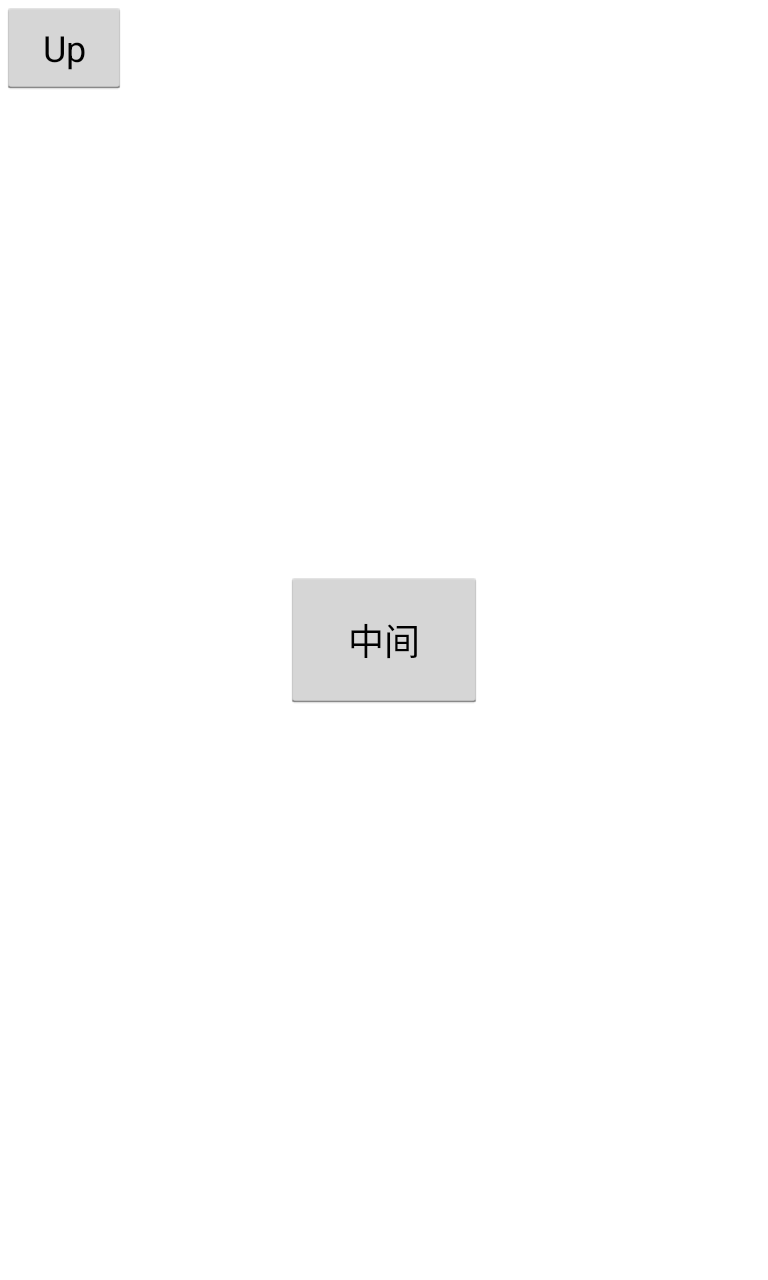
Repository: IvyZh/hm66
Layout: 黑马项目/res/layout/activity_relativelayout.xml
These files come from the project's save history. The layout is drawn as it stood at one moment and after the next save; the edit follows.
It is drawn on a 768 x 1280 px phone screen (xhdpi) without system bars, with theme AppTheme; the app's code is not run.

Above is the layout before, as saved 2016-05-17 17:14:37.

After the next save:
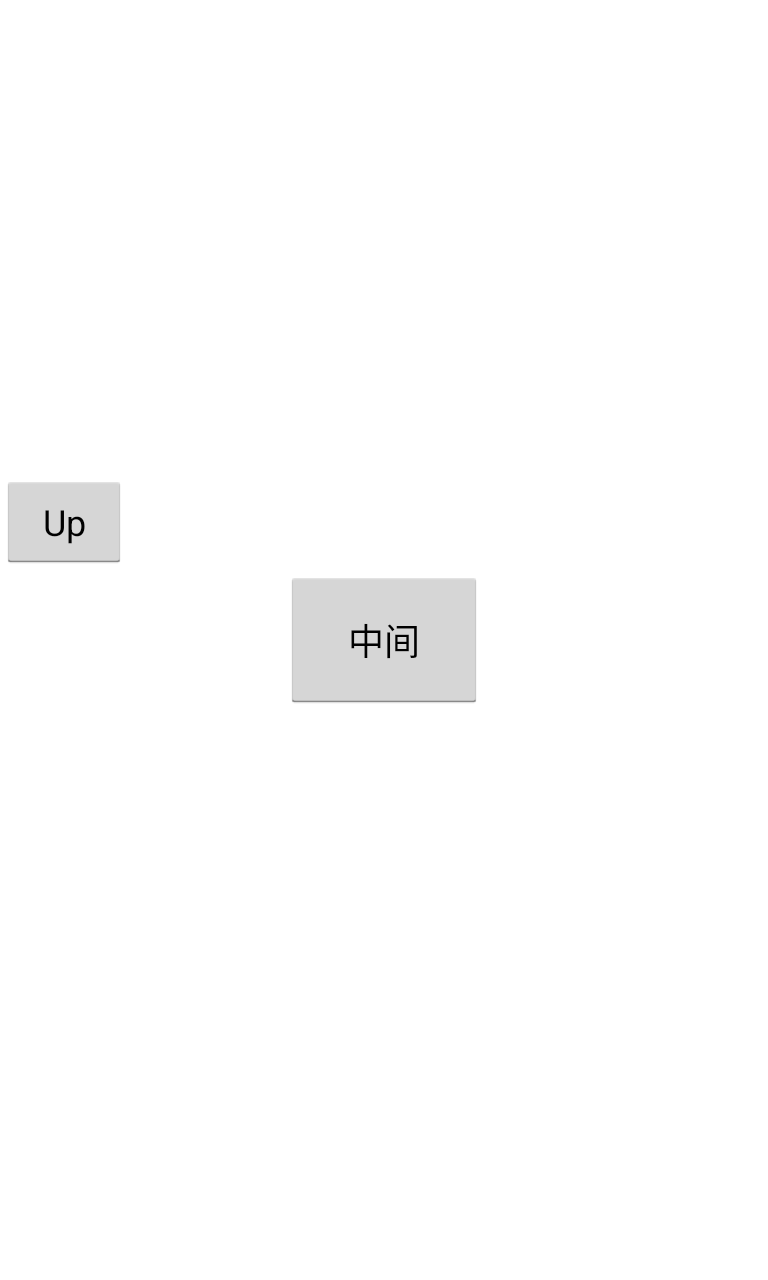
Saved 10 s later.
--- a/黑马项目/res/layout/activity_relativelayout.xml
+++ b/黑马项目/res/layout/activity_relativelayout.xml
@@ -12,7 +12,7 @@
         android:text="中间" />
 
     <Button
-
+        android:layout_above="@id/bt_center"
         android:layout_width="wrap_content"
         android:layout_height="wrap_content"
         android:text="Up" />
